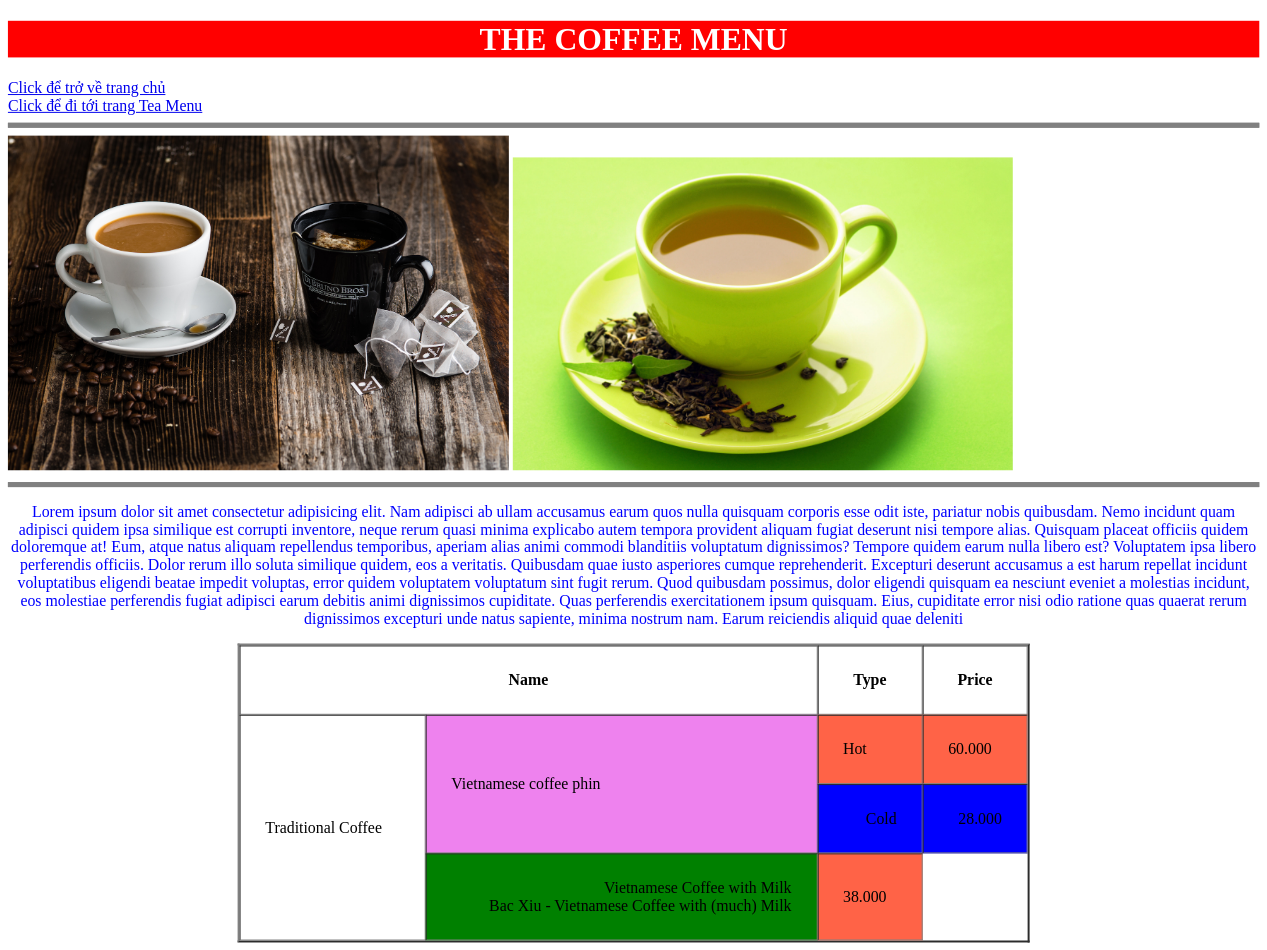
Repository: giahuy405/HomeWork_Coffee
Page: coffee.html
These files come from the project's save history. The page is drawn as it stood at one moment and after the next save; the edit follows.
The browser window is 1280 px wide. The pictures show the whole page, at 99% of full size.

Above is the page before, as saved 2022-09-07 12:12:16.

After the next save:
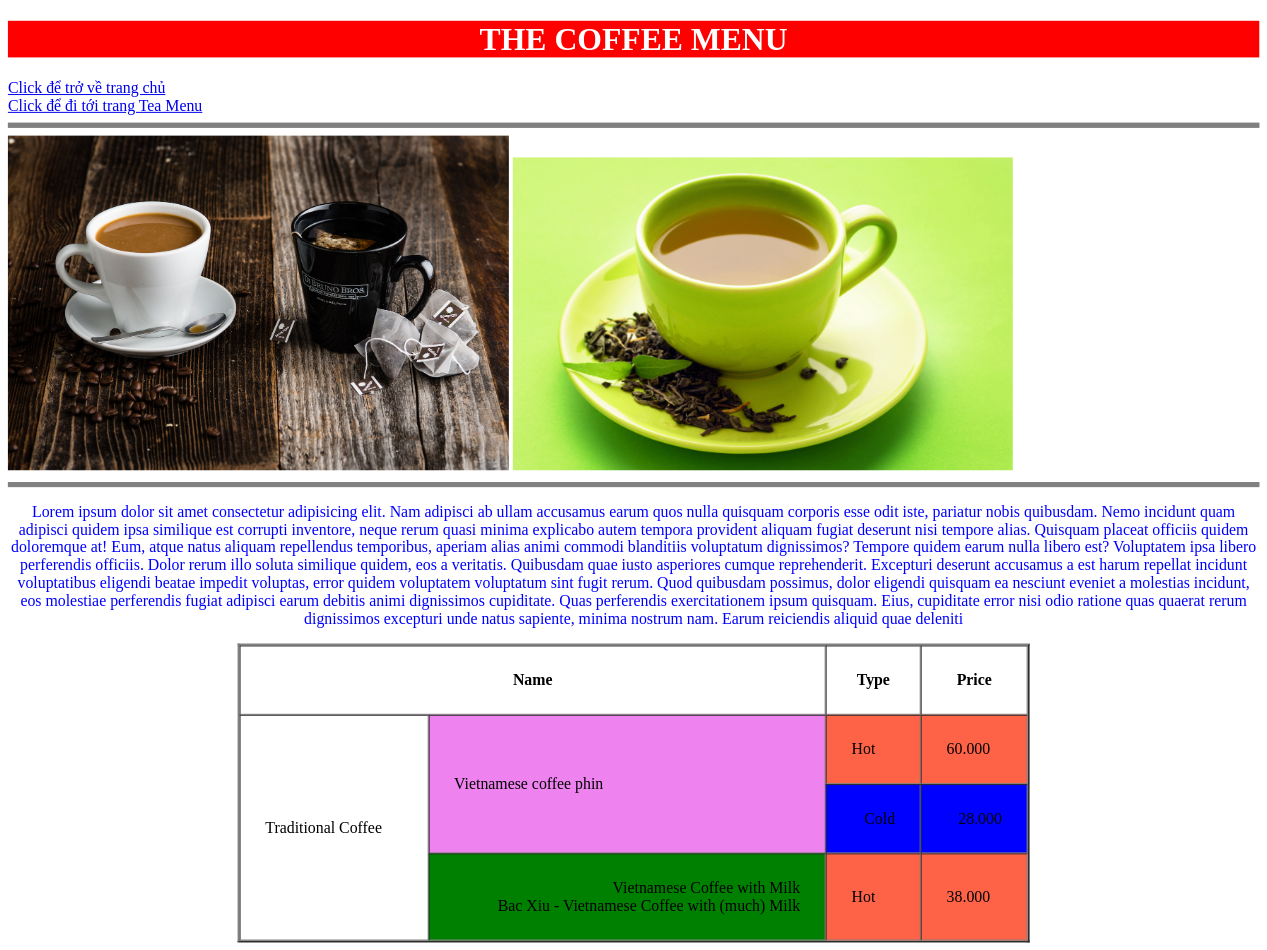
Saved 8 s later.
--- a/coffee.html
+++ b/coffee.html
@@ -38,8 +38,8 @@
                 Bac Xiu - Vietnamese Coffee with (much) Milk</td>
         </tr>
         <tr>
-            <td style="background-color: rgb(255, 99, 71);>Hot</td>
-            <td style="background-color: rgb(255, 99, 71);>38.000</td>
+            <td style="background-color: rgb(255, 99, 71);">Hot</td>
+            <td style="background-color: rgb(255, 99, 71);">38.000</td>
         </tr>
 
     </table>
